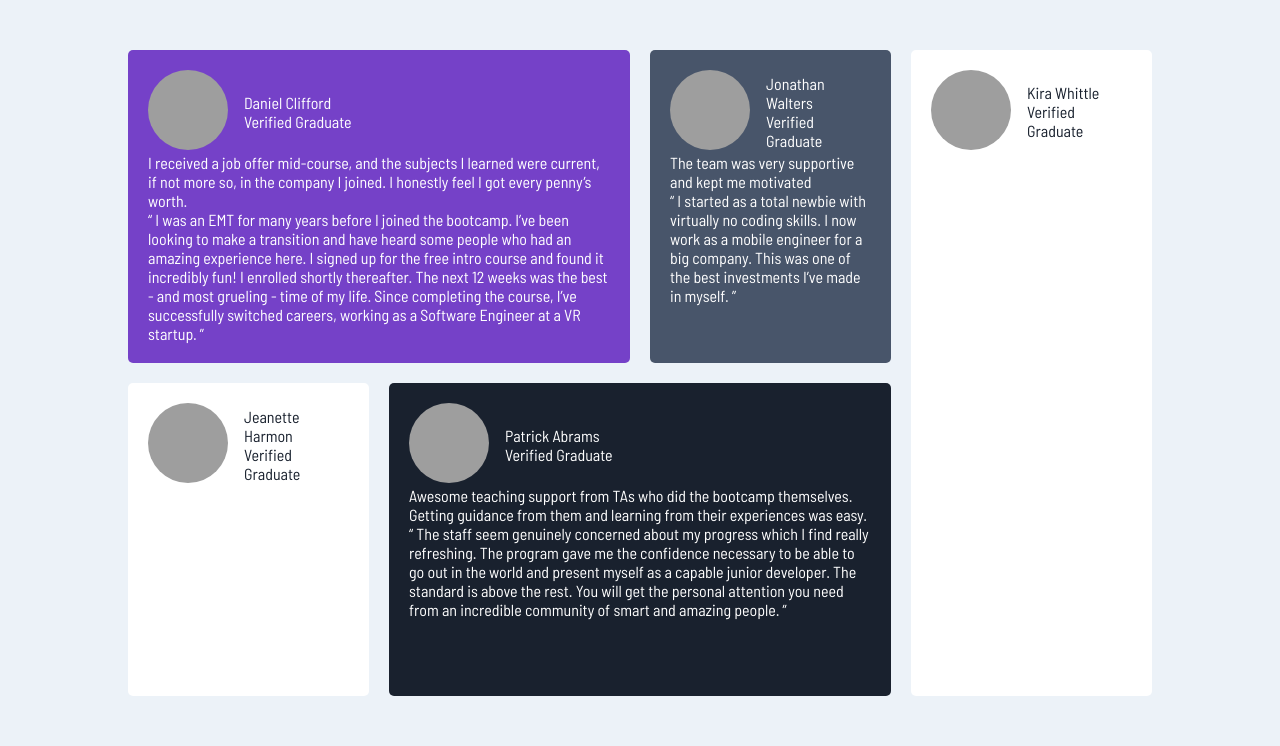
Repository: nptg3105/lab02-testimonials-grid
Page: index.html
The author's editor kept a copy of each file at every save. The page is drawn from the files as they stood at one save, then again after the next save.
The browser window is 1280 px wide. The pictures show the whole page.
Pictures or frames that could not be fetched are drawn as grey boxes. The style sheet was rebuilt from its Sass, Less or Tailwind sources for each picture, by a compiler version that may differ from the author's.

Above is the page before, as saved 2021-12-08 05:55:45.

### index.html
<!DOCTYPE html>
<html lang="en">
  <head>
    <meta charset="UTF-8" />
    <meta http-equiv="X-UA-Compatible" content="IE=edge" />
    <meta name="viewport" content="width=device-width, initial-scale=1.0" />
    <title>Lab02 - Testimonials</title>
    <link rel="stylesheet" href="style.css" />
    <link
      href="https://fonts.googleapis.com/css2?family=Barlow+Semi+Condensed:wght@400;500;700&display=swap"
      rel="stylesheet"
    />
  </head>
  <body>
    <div class="container">
      <div class="testimonials">
        <div class="testimonials__item testimonials__item--violet">
          <div class="author">
            <div class="author__avatar">
              <img
                src="https://images.unsplash.com/photo-1570295999919-56ceb5ecca61?ixlib=rb-1.2.1&ixid=MnwxMjA3fDB8MHxzZWFyY2h8OHx8bWFufGVufDB8fDB8fA%3D%3D&auto=format&fit=crop&w=500&q=60"
                alt=""
              />
            </div>
            <div class="author__name">
              Daniel Clifford <br />
              Verified Graduate
            </div>
          </div>
          <div class="testimonials__heading">
            I received a job offer mid-course, and the subjects I learned were
            current, if not more so, in the company I joined. I honestly feel I
            got every penny’s worth.
          </div>
          <div class="testimonials__desc">
            “ I was an EMT for many years before I joined the bootcamp. I’ve
            been looking to make a transition and have heard some people who had
            an amazing experience here. I signed up for the free intro course
            and found it incredibly fun! I enrolled shortly thereafter. The next
            12 weeks was the best - and most grueling - time of my life. Since
            completing the course, I’ve successfully switched careers, working
            as a Software Engineer at a VR startup. ”
          </div>
        </div>
        <div class="testimonials__item testimonials__item--grey">
          <div class="author">
            <div class="author__avatar">
              <img
                src="https://images.unsplash.com/photo-1570295999919-56ceb5ecca61?ixlib=rb-1.2.1&ixid=MnwxMjA3fDB8MHxzZWFyY2h8OHx8bWFufGVufDB8fDB8fA%3D%3D&auto=format&fit=crop&w=500&q=60"
                alt=""
              />
            </div>
            <div class="author__name">
              Jonathan Walters <br />
              Verified Graduate
            </div>
          </div>
          <div class="testimonials__heading">
            The team was very supportive and kept me motivated
          </div>
          <div class="testimonials__desc">
            “ I started as a total newbie with virtually no coding skills. I now
            work as a mobile engineer for a big company. This was one of the
            best investments I’ve made in myself. ”
          </div>
        </div>
        <div class="testimonials__item testimonials__item--tall">
          <div class="author">
            <div class="author__avatar">
              <img
                src="https://images.unsplash.com/photo-1570295999919-56ceb5ecca61?ixlib=rb-1.2.1&ixid=MnwxMjA3fDB8MHxzZWFyY2h8OHx8bWFufGVufDB8fDB8fA%3D%3D&auto=format&fit=crop&w=500&q=60"
                alt=""
              />
            </div>
            <div class="author__name author__name--black">
              Kira Whittle <br />
              Verified Graduate
            </div>
          </div>
          <div class="testimonials__heading testimonials__heading--black">
            Such a life-changing experience. Highly recommended!
          </div>
          <div class="testimonials__desc">
            “ Before joining the bootcamp, I’ve never written a line of code. I
            needed some structure from professionals who can help me learn
            programming step by step. I was encouraged to enroll by a former
            student of theirs who can only say wonderful things about the
            program. The entire curriculum and staff did not disappoint. They
            were very hands-on and I never had to wait long for assistance. The
            agile team project, in particular, was outstanding. It took my
            learning to the next level in a way that no tutorial could ever
            have. In fact, I’ve often referred to it during interviews as an
            example of my developent experience. It certainly helped me land a
            job as a full-stack developer after receiving multiple offers. 100%
            recommend! ”
          </div>
        </div>
        <div class="testimonials__item testimonials__item--white">
          <div class="author">
            <div class="author__avatar">
              <img
                src="https://images.unsplash.com/photo-1570295999919-56ceb5ecca61?ixlib=rb-1.2.1&ixid=MnwxMjA3fDB8MHxzZWFyY2h8OHx8bWFufGVufDB8fDB8fA%3D%3D&auto=format&fit=crop&w=500&q=60"
                alt=""
              />
            </div>
            <div class="author__name author__name--black">
              Jeanette Harmon <br />
              Verified Graduate
            </div>
          </div>
          <div class="testimonials__heading testimonials__heading--black">
            An overall wonderful and rewarding experience
          </div>
          <div class="testimonials__desc">
            “ Thank you for the wonderful experience! I now have a job I really
            enjoy, and make a good living while doing something I love. ”
          </div>
        </div>
        <div class="testimonials__item testimonials__item--black">
          <div class="author">
            <div class="author__avatar">
              <img
                src="https://images.unsplash.com/photo-1570295999919-56ceb5ecca61?ixlib=rb-1.2.1&ixid=MnwxMjA3fDB8MHxzZWFyY2h8OHx8bWFufGVufDB8fDB8fA%3D%3D&auto=format&fit=crop&w=500&q=60"
                alt=""
              />
            </div>
            <div class="author__name">
              Patrick Abrams <br />
              Verified Graduate
            </div>
          </div>
          <div class="testimonials__heading">
            Awesome teaching support from TAs who did the bootcamp themselves.
            Getting guidance from them and learning from their experiences was
            easy.
          </div>
          <div class="testimonials__desc">
            “ The staff seem genuinely concerned about my progress which I find
            really refreshing. The program gave me the confidence necessary to
            be able to go out in the world and present myself as a capable
            junior developer. The standard is above the rest. You will get the
            personal attention you need from an incredible community of smart
            and amazing people. ”
          </div>
        </div>
      </div>
    </div>
  </body>
</html>

### style.scss
$font-main:'Barlow Semi Condensed',
sans-serif;
$violet-color:#7541c8;
$grey-color: #48556a;
$light-grey-color: #cfcfcf;
$white-color: #fff;
$bg-color: #ecf2f8;
$black-color: #19212e;

* {
    box-sizing: border-box;
    margin: 0;
    padding: 0;
}

body {
    background-color: $bg-color;
}

.container {
    max-width: 1024px;
    margin: 50px auto;

}

.testimonials {
    font-family: $font-main;
    display: grid;
    gap: 20px;
    grid-template-columns: repeat(4, 1fr);
    grid-template-rows: repeat(2, 1fr);
    grid-template-areas: "violet-area violet-area grey-area white-tall-area"
        "white-area black-area black-area white-tall-area";
    color: $white-color;

    &__item {
        border-radius: 5px;
        padding: 20px;

        &--violet {
            background-color: $violet-color;
            grid-area: violet-area;
        }

        &--grey {
            background-color: $grey-color;
            grid-area: grey-area;
        }

        &--tall {
            background-color: $white-color;
            grid-area: white-tall-area;

        }

        &--white {
            background-color: $white-color;
            grid-area: white-area;
        }

        &--black {
            background-color: $black-color;
            grid-area: black-area;
        }
    }
}

.author {
    display: flex;
    align-items: center;

    &__name--black {
        color: $black-color;
    }

    &__avatar {
        margin-right: 16px;

        img {
            object-fit: cover;
            width: 80px;
            height: 80px;
            border-radius: 50%;

        }
    }

}

After the next save:
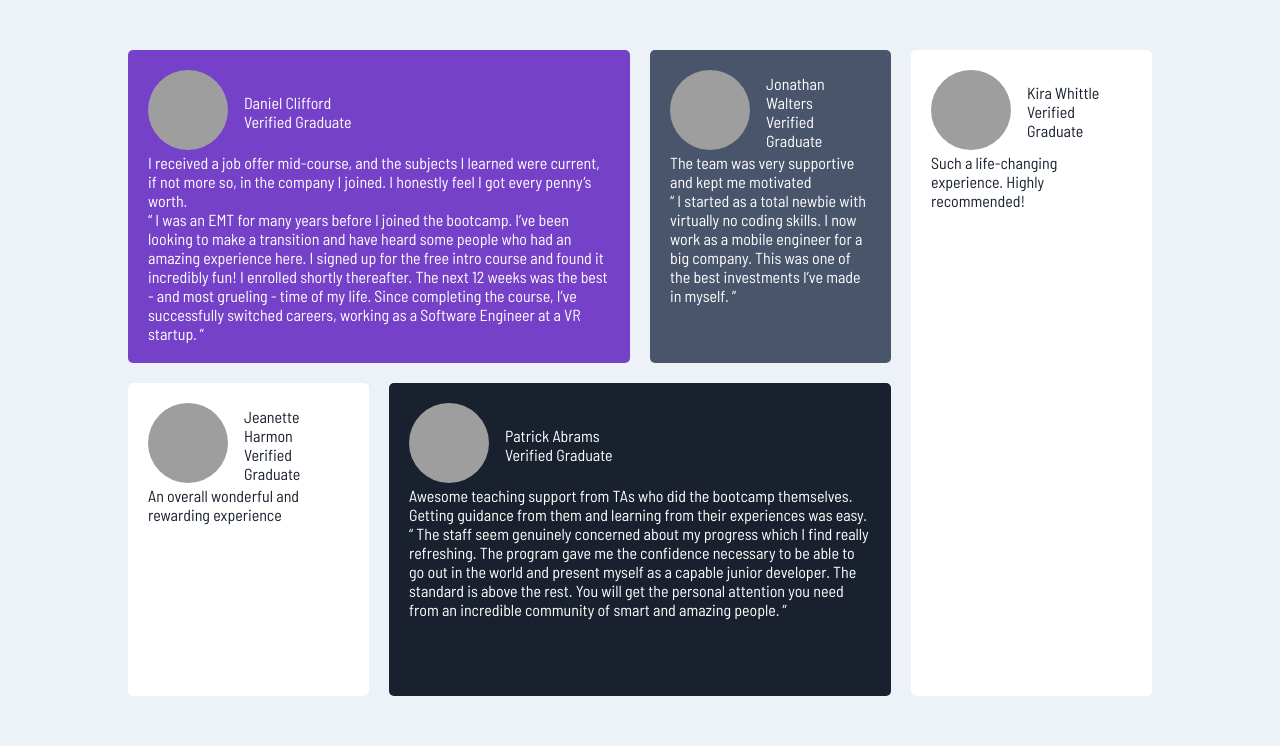
Saved 35 s later.
--- a/style.scss
+++ b/style.scss
@@ -63,6 +63,11 @@ body {
             grid-area: black-area;
         }
     }
+
+    &__heading--black {
+        color: $black-color;
+
+    }
 }
 
 .author {
